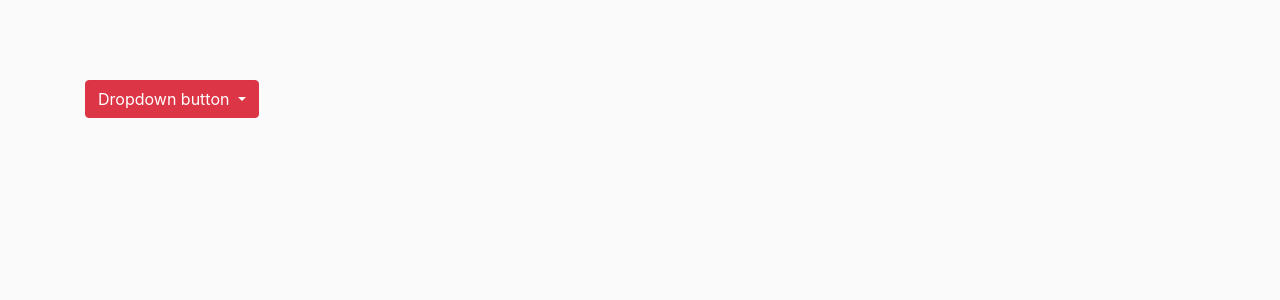
Repository: khanhdk0000/first_proj
Page: http://localhost/
An editor plug-in stored every save of this project. The page is shown before and after the next save, followed by the edit.
The browser window is 1280 px wide. The pictures show the whole page.
Some web libraries are served in a nearby version. The page is served by the project's application, run on Flask 3 (flaskblog.py).

Above is the page before, as saved 2021-05-25 09:59:37.

### templates/home.html
{% extends "layout.html" %}
{% block content %}

    <div class="dropdown">
        <button class="btn btn-danger dropdown-toggle" type="button" id="dropdownMenuButton" data-toggle="dropdown" aria-haspopup="true" aria-expanded="false">
          Dropdown button
        </button>
        <div class="dropdown-menu" aria-labelledby="dropdownMenuButton">
          <a class="dropdown-item" href="/about">Action</a>
          <a class="dropdown-item" href="#">Another action</a>
          <a class="dropdown-item" href="#">Something else here</a>
        </div>
      </div>
{% endblock content %}

### templates/layout.html
<!DOCTYPE html>
<html>
<head>
    <!-- Required meta tags -->
    <meta charset="utf-8">
    <meta name="viewport" content="width=device-width, initial-scale=1, shrink-to-fit=no">

    <!-- Bootstrap CSS -->
    <link rel="stylesheet" href="https://maxcdn.bootstrapcdn.com/bootstrap/4.0.0/css/bootstrap.min.css" integrity="sha384-Gn5384xqQ1aoWXA+058RXPxPg6fy4IWvTNh0E263XmFcJlSAwiGgFAW/dAiS6JXm" crossorigin="anonymous">

    <link rel="stylesheet" type="text/css" href="{{ url_for('static', filename='main.css') }}">

    {% if title %}
        <title>Flask Blog - {{ title }}</title>
    {% else %}
        <title>Flask Blog</title>
    {% endif %}
</head>
<body>

    <main role="main" class="container">
      <div class="row">
        <div class="col-md-8">
          {% block content %}{% endblock %}
        </div>
      </div>
    </main>


    <!-- Optional JavaScript -->
    <!-- jQuery first, then Popper.js, then Bootstrap JS -->
    <script src="https://code.jquery.com/jquery-3.2.1.slim.min.js" integrity="sha384-KJ3o2DKtIkvYIK3UENzmM7KCkRr/rE9/Qpg6aAZGJwFDMVNA/GpGFF93hXpG5KkN" crossorigin="anonymous"></script>
    <script src="https://cdnjs.cloudflare.com/ajax/libs/popper.js/1.12.9/umd/popper.min.js" integrity="sha384-ApNbgh9B+Y1QKtv3Rn7W3mgPxhU9K/ScQsAP7hUibX39j7fakFPskvXusvfa0b4Q" crossorigin="anonymous"></script>
    <script src="https://maxcdn.bootstrapcdn.com/bootstrap/4.0.0/js/bootstrap.min.js" integrity="sha384-JZR6Spejh4U02d8jOt6vLEHfe/JQGiRRSQQxSfFWpi1MquVdAyjUar5+76PVCmYl" crossorigin="anonymous"></script>
</body>
</html>

### flaskblog.py
from flask import Flask, render_template, url_for
app = Flask(__name__)


posts = [
    {
        'author': 'Corey Schafer',
        'title': 'Blog Post 1',
        'content': 'First post content',
        'date_posted': 'April 20, 2018'
    },
    {
        'author': 'Jane Doe',
        'title': 'Blog Post 2',
        'content': 'Second post content',
        'date_posted': 'April 21, 2018'
    }
]

@app.route('/')
@app.route('/home')
def hello_world():
    return render_template('home.html', posts=posts, title='Hey')

@app.route('/about')
def about():
    return render_template('about.html', posts=posts)

if __name__ == '__main__':
    app.run(debug=True)

### static/main.css
body {
    background: #fafafa;
    color: #333333;
    margin-top: 5rem;
  }

  h1, h2, h3, h4, h5, h6 {
    color: #444444;
  }

  .bg-steel {
    background-color: #5f788a;
  }

  .site-header .navbar-nav .nav-link {
    color: #cbd5db;
  }

  .site-header .navbar-nav .nav-link:hover {
    color: #ffffff;
  }

  .site-header .navbar-nav .nav-link.active {
    font-weight: 500;
  }

  .content-section {
    background: #ffffff;
    padding: 10px 20px;
    border: 1px solid #dddddd;
    border-radius: 3px;
    margin-bottom: 20px;
  }

  .article-title {
    color: #444444;
  }

  a.article-title:hover {
    color: #428bca;
    text-decoration: none;
  }

  .article-content {
    white-space: pre-line;
  }

  .article-img {
    height: 65px;
    width: 65px;
    margin-right: 16px;
  }

  .article-metadata {
    padding-bottom: 1px;
    margin-bottom: 4px;
    border-bottom: 1px solid #e3e3e3
  }

  .article-metadata a:hover {
    color: #333;
    text-decoration: none;
  }

  .article-svg {
    width: 25px;
    height: 25px;
    vertical-align: middle;
  }

  .account-img {
    height: 125px;
    width: 125px;
    margin-right: 20px;
    margin-bottom: 16px;
  }

  .account-heading {
    font-size: 2.5rem;
  }

After the next save:
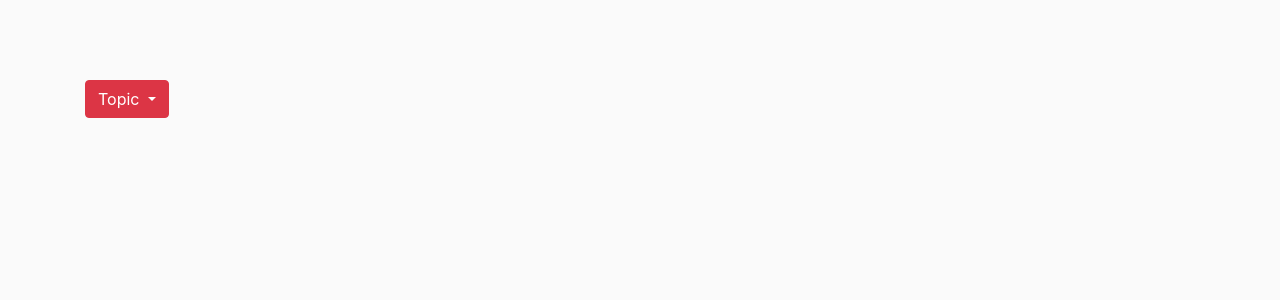
Saved 16 s later.
--- a/templates/home.html
+++ b/templates/home.html
@@ -3,7 +3,7 @@
 
     <div class="dropdown">
         <button class="btn btn-danger dropdown-toggle" type="button" id="dropdownMenuButton" data-toggle="dropdown" aria-haspopup="true" aria-expanded="false">
-          Dropdown button
+          Topic
         </button>
         <div class="dropdown-menu" aria-labelledby="dropdownMenuButton">
           <a class="dropdown-item" href="/about">Action</a>
